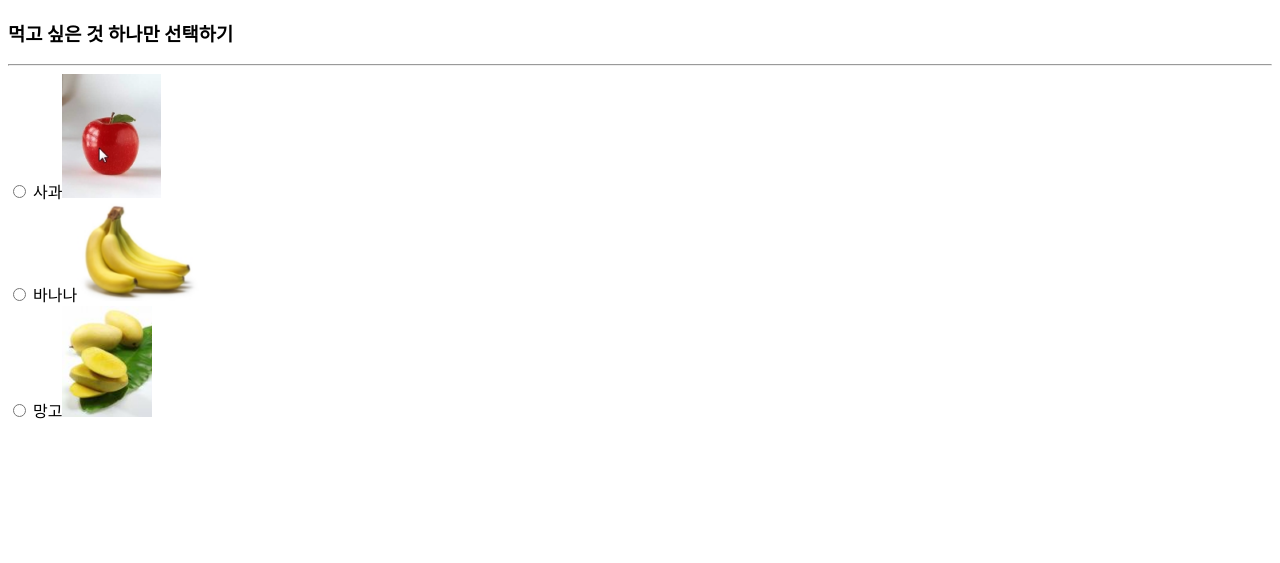
Repository: nijooymik/smartfactory
Page: jsp/t0718/src/main/webapp/html/form4.html
An editor plug-in stored every save of this project. The page is shown before and after the next save, followed by the edit.
The browser window is 1280 px wide. The pictures show the whole page.

Above is the page before, as saved 2022-07-18 07:50:11.

### jsp/t0718/src/main/webapp/html/form4.html
<!DOCTYPE html>
<html>
<head>
<meta charset="EUC-KR">
<title>Insert title here</title>
</head>
<body>
	<h3>먹고 싶은 것 하나만 선택하기</h3>
	<hr>

	<form>
		<label>
			<input type="radio" name="fruits" value="1">
			사과<img src="apple.png">
		</label><br>
		<label>
			<input type="radio" name="fruits" value="2">
			바나나<img src="banana.png">
		</label><br>
		<label>
			<input type="radio" name="fruits" value="3">
			망고<img src="mango.png">
		</label>
	</form>
</body>
</html>

After the next save:
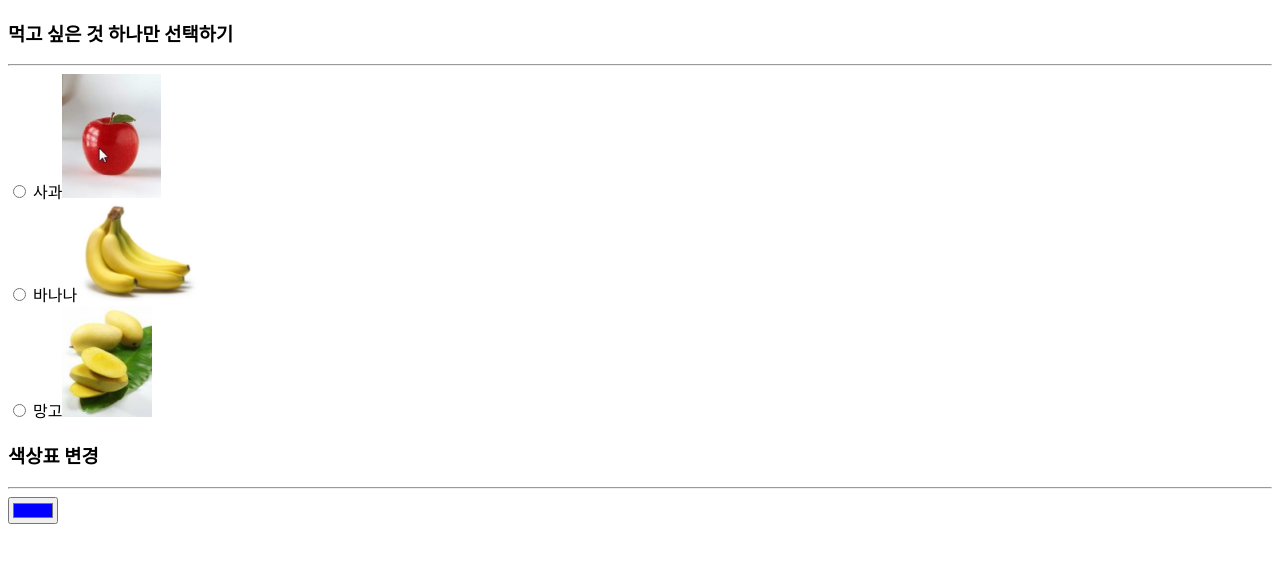
Saved 4 min 6 s later.
--- a/jsp/t0718/src/main/webapp/html/form4.html
+++ b/jsp/t0718/src/main/webapp/html/form4.html
@@ -20,7 +20,13 @@
 		<label>
 			<input type="radio" name="fruits" value="3">
 			망고<img src="mango.png">
-		</label>
+		</label><br>
+	</form>
+	<form>
+		<h3>색상표 변경</h3>
+		<hr>
+		<input type="color" value="#0000ff"
+		onchange="document.body.style.color=this.value">
 	</form>
 </body>
 </html>
